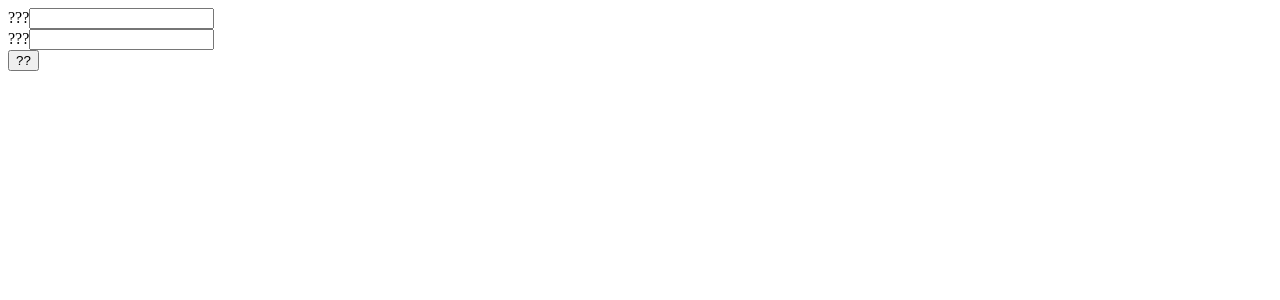
Repository: binbinla/Algo
Page: http://localhost/structs_login/
An editor plug-in stored every save of this project. The page is shown before and after the next save, followed by the edit.
The browser window is 1280 px wide. The pictures show the whole page.
The page is served by Tomcat 9.

Above is the page before, as saved 2017-06-02 13:32:37.

After the next save:
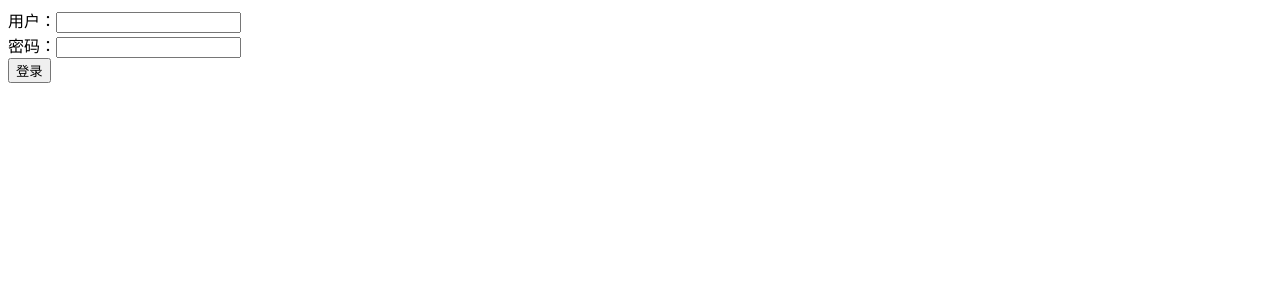
Saved 46 s later.
--- a/structs_login/WebContent/index.jsp
+++ b/structs_login/WebContent/index.jsp
@@ -1,9 +1,9 @@
-<%@ page language="java" contentType="text/html; charset=ISO-8859-1"
+<%@ page language="java" contentType="text/html; charset=UTF-8"
 	pageEncoding="UTF-8"%>
 <!DOCTYPE html PUBLIC "-//W3C//DTD HTML 4.01 Transitional//EN" "http://www.w3.org/TR/html4/loose.dtd">
 <html>
 <head>
-<meta http-equiv="Content-Type" content="text/html; charset=ISO-8859-1">
+<meta http-equiv="Content-Type" content="text/html; charset=UTF-8">
 <title>hello bin</title>
 </head>
 <body>
